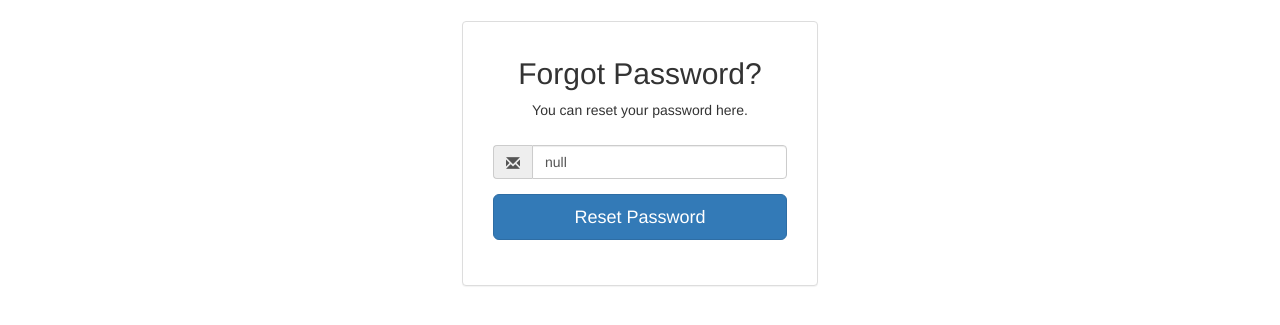
Repository: jayakumar721/projects
Page: http://localhost/TestEngine/reset.jsp
An editor plug-in stored every save of this project. The page is shown before and after the next save, followed by the edit.
The browser window is 1280 px wide. The pictures show the whole page.
Some web libraries are served in a nearby version. The page is served by Tomcat 9.

Above is the page before, as saved 2017-11-27 06:56:18.

After the next save:
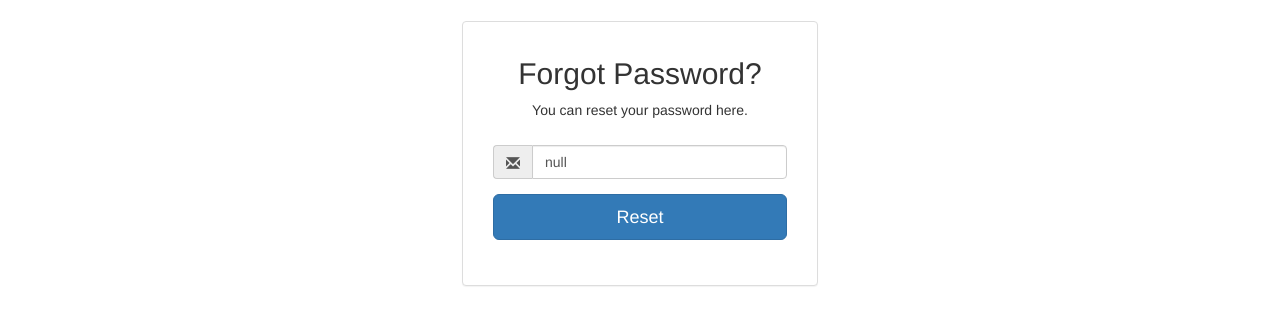
Saved 35 s later.
--- a/TestEngine/WebContent/reset.jsp
+++ b/TestEngine/WebContent/reset.jsp
@@ -60,7 +60,7 @@
 									<div class="form-group">
 										<input name="recover-submit"
 											class="btn btn-lg btn-primary btn-block"
-											value="Reset Password" type="submit">
+											value="Reset" type="submit">
 									</div>
 
 									<input type="hidden" class="hide" name="token" id="token"

After the save that followed:
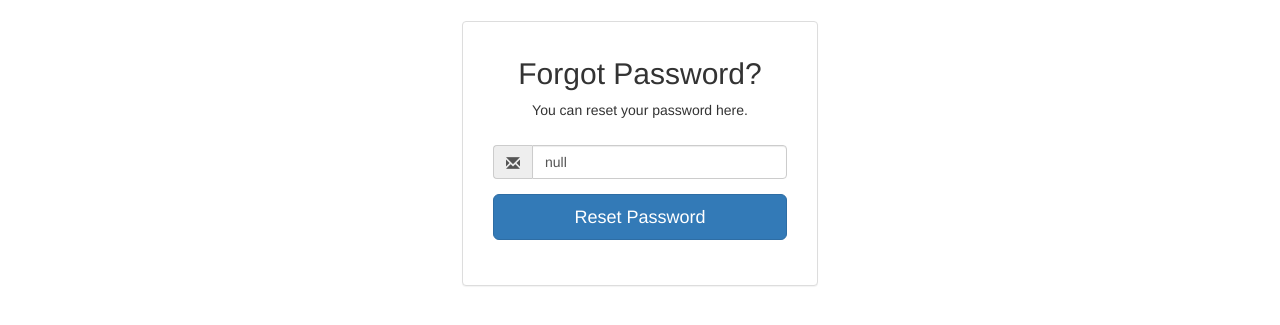
Saved 4 s later.
--- a/TestEngine/WebContent/reset.jsp
+++ b/TestEngine/WebContent/reset.jsp
@@ -60,7 +60,7 @@
 									<div class="form-group">
 										<input name="recover-submit"
 											class="btn btn-lg btn-primary btn-block"
-											value="Reset" type="submit">
+											value="Reset Password" type="submit">
 									</div>
 
 									<input type="hidden" class="hide" name="token" id="token"
